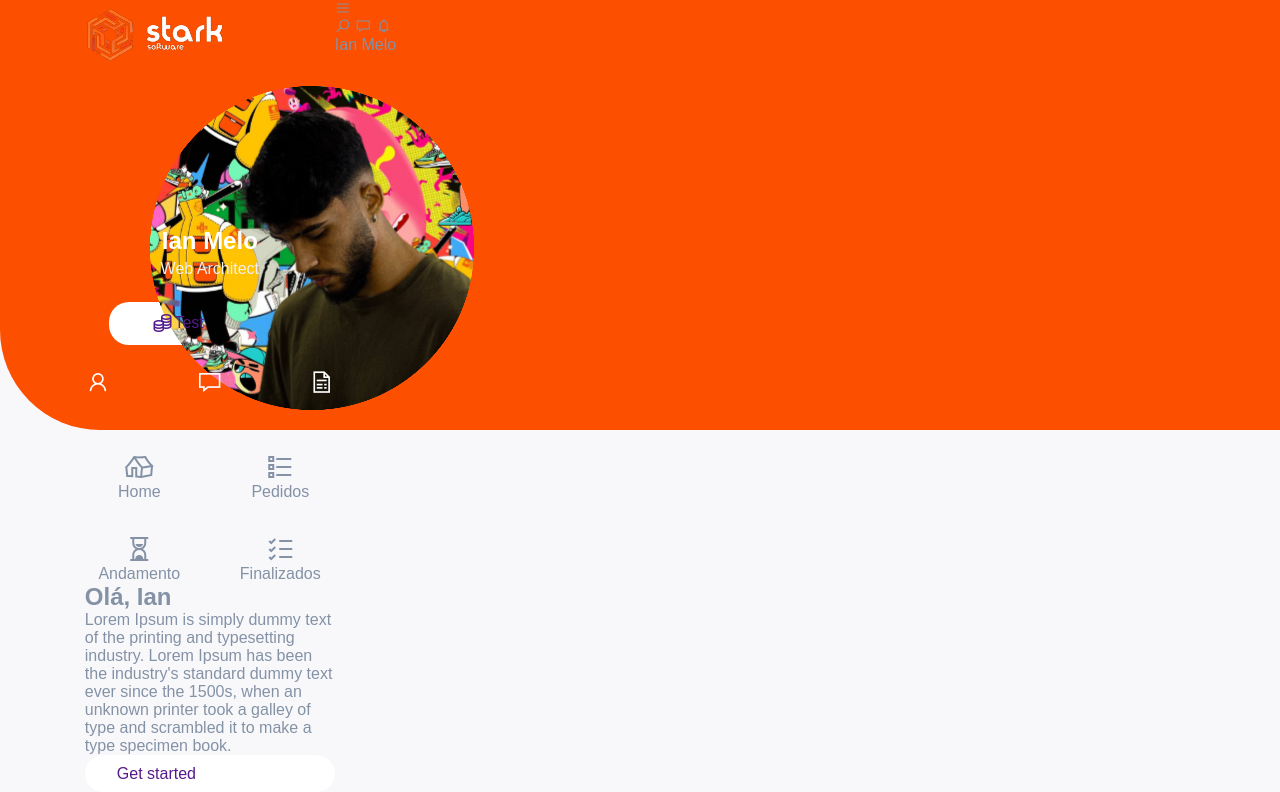
Repository: ichumbo/StarkDashboard
Page: index.html
The author's editor kept a copy of each file at every save. The page is drawn from the files as they stood at one save, then again after a run of saves.
The browser window is 1280 px wide. The pictures show the whole page.
Pictures or frames that could not be fetched are drawn as grey boxes.

Above is the page before, as saved 2023-06-06 18:43:49.

### index.html
<!DOCTYPE html>
<html lang="pt-br">
<head>

    <meta charset="UTF-8">
    <meta http-equiv="X-UA-Compatible" content="IE=edge">
    <meta name="viewport" content="width=device-width, initial-scale=1.0">
    <title>Stark</title>
    <!--CSS-->
    <link rel="stylesheet" href="css/style.css">
    <!--Icons-->
    <link rel="stylesheet" href="https://maxst.icons8.com/vue-static/landings/line-awesome/font-awesome-line-awesome/css/all.min.css">
    <link rel="stylesheet" href="https://maxst.icons8.com/vue-static/landings/line-awesome/line-awesome/1.3.0/css/line-awesome.min.css">

</head>
<body>
    <div class="page-wrapper">
        <input type="checkbox" name="" id="menu-toggle">

        <div class="sidebar">
            <div class="brand">
                <img src="./img/blackicon.png" alt="stark" class="icon-header">
            </div>

            <div class="profile-card">
                <div class="profile-img">
                    <img src="/img/iconphoto.png" alt="Perfil">
                </div>
                <div class="profile-info">
                    <h2>Ian Melo</h2>
                    <small>Web Architect</small>
                </div>
                <div class="profile-action">
                    <a href="" class="btn btn-white">
                        <span class="las la-coins"></span>
                        Test
                    </a>
                </div>
                <div class="profile-icons">
                    <span class="las la-user"></span>
                    <span class="las la-comment-alt"></span>
                    <span class="las la-file-invoice"></span>
                </div>
            </div>

            <!--Menu-->

            <div class="sidebar-menu">
                <div class="menu-item">
                    <a href="">
                        <span class="las la-campground"></span>
                        <span>Home</span>
                    </a>
                </div>

                <div class="menu-item">
                    <a href="">
                        <span class="las la-list"></span>
                        <span>Pedidos</span>
                    </a>
                </div>

                <div class="menu-item">
                    <a href="" class="action">
                        <span class="las la-hourglass-half"></span>
                        <span>Andamento</span>
                    </a>
                </div>

                <div class="menu-item">
                    <a href="">
                        <span class="las la-list-alt"></span>
                        <span>Finalizados</span>
                    </a>
                </div>

            </div>

            <!--Cards-->
            <div class="sidebar-card">
                <h2>Olá, Ian</h2>
                <p>Lorem Ipsum is simply dummy text of the printing and typesetting industry. Lorem Ipsum has been the industry's standard dummy text ever since the 1500s, when an unknown printer took a galley of type and scrambled it to make a type specimen book.
                </p>
                <a href="" class="btn btn-block btn-white">Get started</a>
            </div>
        </div>

        <!--Header-->
        <div class="main-content">
            <header>
                <label for="menu-toggle">
                    <span class="las la-bars"></span>
                </label>

                <div class="head-icons">
                    <span class="las la-search"></span>
                    <span class="las la-comment-alt"></span>
                    <span class="las la-bell"></span>
                    <div class="head-avartar">
                        <div class="avatar" style="background-image: url(img/1.jpeg)"></div>
                    </div>
                    <span>Ian Melo</span>
                </div>
            </header>

            <!--Main-->
            <main>

            </main>
        </div>
    </div>
</body>
</html>

### css/style.css
@import url(./global.css);
@import url(./color.css);
@import url(./sidebar.css);

/*------------------------------------------------------------------------------------------------------------------------------------------*/

#menu-toggle {
    display: none;
}

### css/global.css
@import url('https://fonts.googleapis.com');

* {
    font-family: 'Nunito', sans-serif;
    text-decoration: none;
    list-style-type: none;
    padding: 0;
    margin: 0;
    box-sizing: border-box;
}

body {
    color: var(--main-text);
    background: var( --bg-body);
}

.icon-header {
    width: 140px;
}

.btn {
    border: none;
    outline: none;
    border-radius: 20px;
    padding: .6rem 2rem;
    display: flex;
    align-items: center;
}

.btn-white {
    background: var(--color-white);
}

.btn span {
    font-size: 1.5rem;
    display: inline-block;
    margin-left: .6rem;
}

.page-wrapper {
    width: 93%;
    margin: auto;
    display: flex;
}

.page-wrapper::before {
    content: "";
    width: 100%;
    height: 430px;
    position: absolute;
    left: 0;
    top: 0;
    background: var(--color-main);
    z-index: -1;
    border-radius: 0px 0px 0px 100px;
}

### css/color.css
:root {
    --color-main: #FC4F00;
    --color-secondary: #FFB100;
    --color-dark: #2A2550;
    --color-dark-secundary: #251D3A;
    --bg-body: #F8F8FB;
    --color-white: #FFFFFF;
    --main-accent: #DC8449;
    --main-text: #8492A6;
    --success: #28A745;
    --danger: #DC3545;
    --shadow: rgba(0, 0, 0, 0.15) 0px 2px 8px;
}

### css/sidebar.css
.sidebar {
    width: 250px;
    margin-left: 40px;
}

.brand {
    height: 70px;
    display: flex;
    align-items: center;
}

.brand h3 {
    font-size: 1.8rem;
    color: var(--color-white);
}

/*-----------------------------------------------PROFILE----------------------------------------------*/

.profile-card {
    text-align: center;
    margin: 1rem 0rem;
}

.profile-img {
    height: 120px;
    width: 120px;
    border-radius: 50%;
    margin: auto;
    background-size: cover;
    background-repeat: no-repeat;
    margin-bottom: 1.3rem;
}

.profile-info {
    color: var(--color-white);
}

.profile-info h2 {
    margin-bottom: .3rem;
}

.profile-info small {
    font-size: 1rem;
    color: #EFEFEF;
}

.profile-action {
    margin: 1.5rem;
}

.profile-icons {
    display: flex;
    justify-content: space-between;
    align-items: center;
    margin-bottom: 3.5rem;
}

.profile-icons span {
    display: inline-block;
    color: var(--color-white);
    font-size: 1.65rem;
}

/*-----------------------------------------------MENU----------------------------------------------*/

.sidebar-menu {
    display: grid;
    grid-template-columns: repeat(2, 1fr);
    grid-gap: 2rem;
}

.menu-item a {
    display: block;
    width: 100%;
}

.menu-item a span {
    display: block;
    text-align: center;
    color: var(--main-text);
}

.menu-item a span:first-child {
    font-size: 2rem;
}

After the next 2 saves:
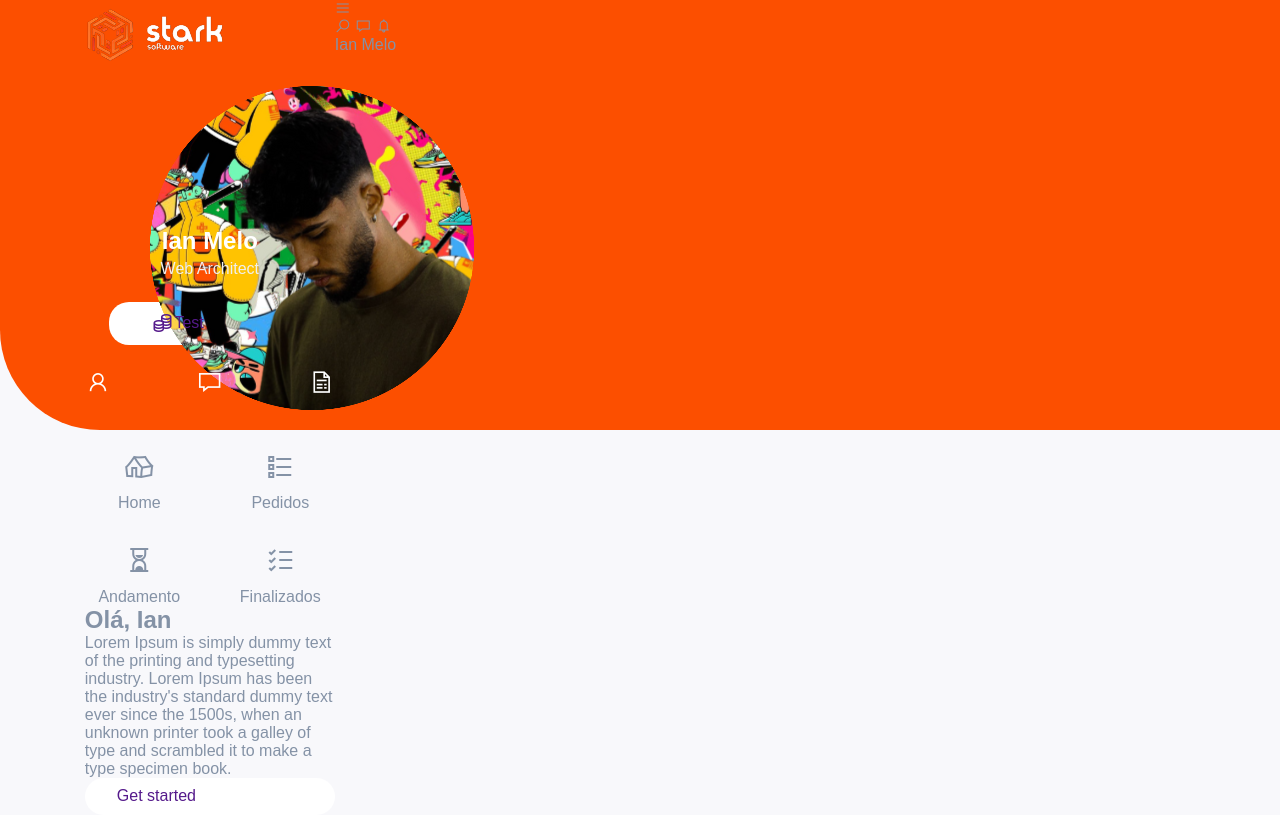
The 2 saves are shown as one change because they came seconds apart.
The last was saved 6 min 22 s later.
--- a/css/sidebar.css
+++ b/css/sidebar.css
@@ -82,4 +82,5 @@
 
 .menu-item a span:first-child {
     font-size: 2rem;
+    margin-bottom: .7rem;
 }
